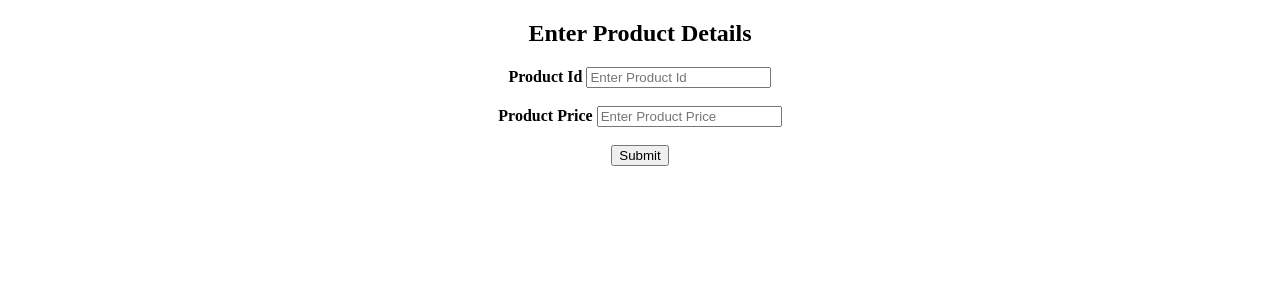
Repository: Sowmya964/Java_Full_Stack_Devlopment
Page: ProductApplication/src/main/webapp/index.html
An editor plug-in stored every save of this project. The page is shown before and after the next save, followed by the edit.
The browser window is 1280 px wide. The pictures show the whole page.

Above is the page before, as saved 2024-06-07 14:54:50.

After the next save:
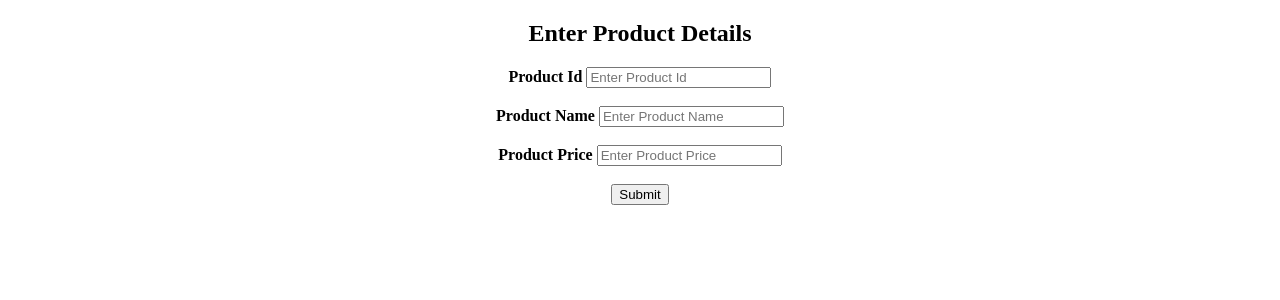
Saved 57 s later.
--- a/ProductApplication/src/main/webapp/index.html
+++ b/ProductApplication/src/main/webapp/index.html
@@ -11,6 +11,9 @@
 		<label for = "productid"><b>Product Id</b></label>
 		<input type = "text" placeholder = "Enter Product Id " name = "productid" required>
 		<br><br>
+		<label for = "productname"><b>Product Name</b></label>
+		<input type = "text" placeholder = "Enter Product Name" name = "productname" required>
+		<br><br>
 		<label for = "productprice"><b>Product Price</b></label>
 		<input type = "text" placeholder = "Enter Product Price" name = "productprice" required>
 		<br><br>
